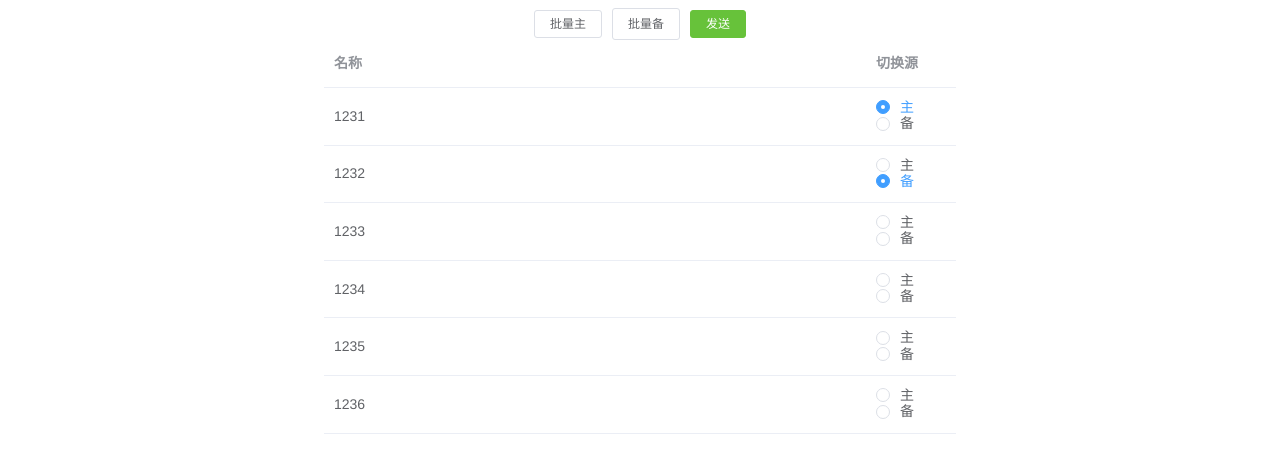
Repository: faintout/BHMQTTSendTool
Page: /
These files come from the project's save history. The page is drawn as it stood at one moment and after the next save; the edit follows.
The browser window is 1280 px wide. The pictures show the whole page.
The project was rebuilt for these pictures with package versions that can differ from the ones it lists, and the page was loaded fresh each time. Also part of the build but not shown: vue.config.js. Imported but missing from the stored project, and not drawn on this page: src/views/About.vue.

Above is the page before, as saved 2020-08-26 14:06:31.

### public/index.html
<!DOCTYPE html>
<html lang="en">
  <head>
    <meta charset="utf-8">
    <meta http-equiv="X-UA-Compatible" content="IE=edge">
    <meta name="viewport" content="width=device-width,initial-scale=1.0">
    <link rel="stylesheet" href="">
    <title></title>
  </head>
  <body>
    <div id="app">

    </div>
    <!-- built files will be auto injected -->
  </body>
</html>

### src/main.js
import Vue from 'vue'
import App from './App.vue'
import router from './router'
import $ from 'jquery'
import ElementUi from 'element-ui'
import 'element-ui/lib/theme-chalk/index.css'
import 'element-ui/lib/theme-chalk/reset.css'

Vue.config.productionTip = false
Vue.use(ElementUi)
new Vue({
  router,
  render: h => h(App)
}).$mount('#app')

### src/views/Home.vue
<template>
  <div class="content">
      <title></title>
          <!-- 按钮模块 -->
    <div style="width: 50%;position: relative;left: calc(50% - 25%);">
       <el-button size="mini">批量主</el-button>
       <el-button size="small">批量备</el-button>
       <el-button type="success" size="mini">发送</el-button>
    </div>
      <el-table
      v-loading="tableLoading"
      :data="tableData"
       style="width: 50%;position: relative;left: calc(50% - 25%);">
      >
      <el-table-column
          prop="name"
          min-width="6"
        label="名称"
      >
      </el-table-column>
    <el-table-column
        label="切换源"
        min-width="1"

        >
        <template slot-scope="scope">
        <el-radio-group v-model="scope.row.enable">
            <el-radio :label="0" @click.native.prevent="changeItem('1')" >主</el-radio>
            <el-radio :label="1"
            @click.native="changItemRadio(scope.row.enable)"
            >备</el-radio>
     </el-radio-group>
        </template>
      </el-table-column>

      </el-table>

      <el-backtop target=".page-component__scroll .el-scrollbar__wrap"></el-backtop>
  </div>

</template>

<script>

export default {
  components:{},
  data(){
    return {
        //表格框加载
        tableLoading:false,
        tableData:[
            {
                id:1,
                name:'1231',
                enable:0,
                data:'333'
            },
            {
                id:2,
                name:'1232',
                enable:1,
                data:'333'
            },
            {
                id:3,
                name:'1233',
                enable:'1',
                data:'333'
            },
            {
                id:4,
                name:'1234',
                enable:'1',
                data:'333'
            },
            {
                id:5,
                name:'1235',
                enable:'1',
                data:'333'
            },
            {
                id:6,
                name:'1236',
                enable:'1',
                data:'333'
            }
        ]
    }
  },
  watch:{},
  computed:{

  },
  methods:{
      changeItem(item){
          console.log('item',item);
      },
      changItemRadio(item){
          console.log('itemzhixng ');
      },
      //获取所有数据
      getAllMqttData(){

      },
      //数据处理
      dataProcessing(){

      }

  },
  mounted(){
      console.log(this.tableData);
  },
  created(){},
}
</script>
<style lang="less" scoped>
</style>

Loaded but not shown: src/App.vue (common file); src/router/index.js (common file)

After the next save:
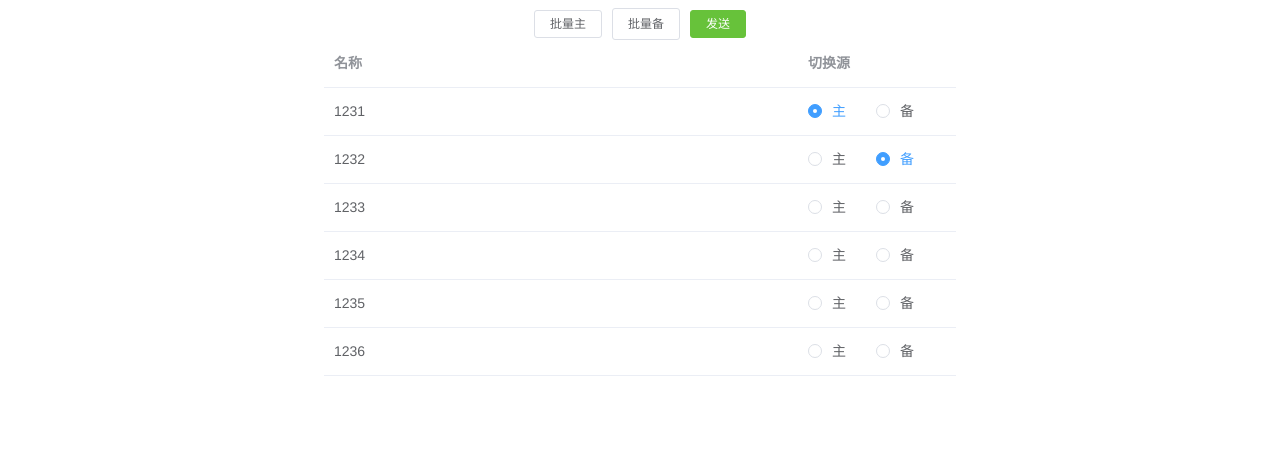
Saved 8 s later.
--- a/src/views/Home.vue
+++ b/src/views/Home.vue
@@ -20,7 +20,7 @@
       </el-table-column>
     <el-table-column
         label="切换源"
-        min-width="1"
+        min-width="2"
 
         >
         <template slot-scope="scope">
